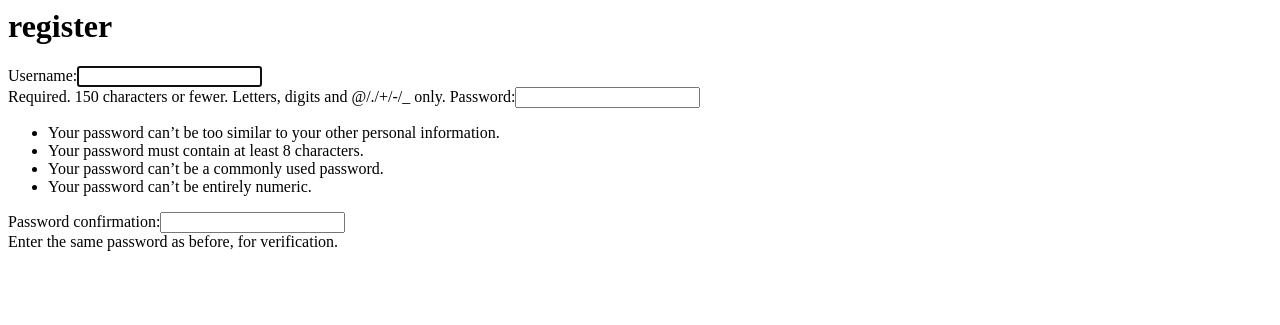
Repository: Abdaljawad-Aya/login-register-auth-validation-Django
Page: http://localhost/register/
The author's editor kept a copy of each file at every save. The page is drawn from the files as they stood at one save, then again after a run of saves.
The browser window is 1280 px wide. The pictures show the whole page.
The page is served by the project's application, run on Django 3.2 (project8/manage.py).

Above is the page before, as saved 2021-03-11 19:13:32.

After the next 5 saves:
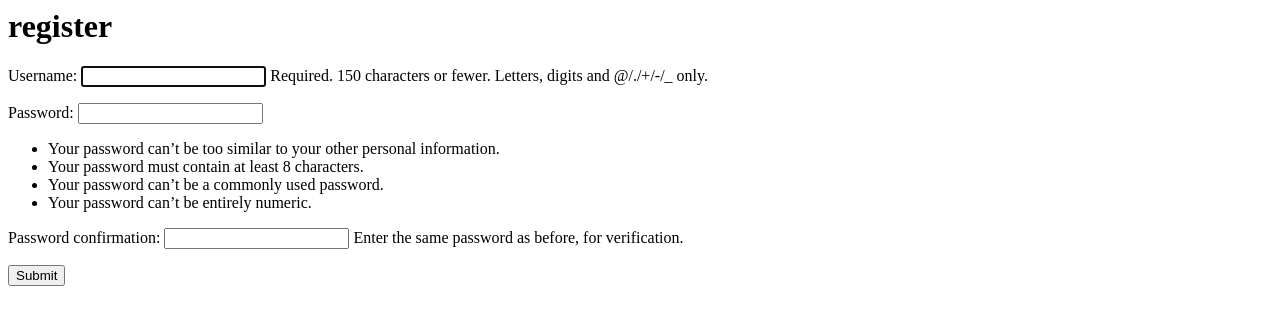
The 5 saves are shown as one change because 3 did not build or start and some came seconds apart.
The last was saved 9 min 32 s later.
--- a/project8/project8/templates/register.html
+++ b/project8/project8/templates/register.html
@@ -2,6 +2,7 @@
 
 
 <form method="POST" action>
-   {{ form }}
 
-   </form>
+   {{ form.as_p }}
+     <input type="submit" name="Create User">
+</form>
